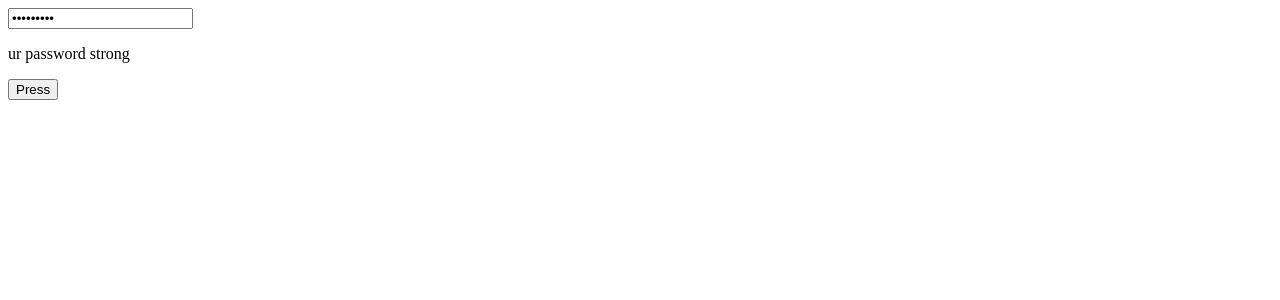
Repository: qtqqrdy13/password-checker
Page: index.html
The author's editor kept a copy of each file at every save. The page is drawn from the files as they stood at one save, then again after the next save.
The browser window is 1280 px wide. The pictures show the whole page.
Empty fields were first filled with sample values (such as "Sample", 5 or name@example.com).
After loading, the first visible `#inputPassword` was changed once.

Above is the page before, as saved 2025-01-02 19:35:46.

### index.html
<!DOCTYPE html>
<html lang="en">
<head>
    <meta charset="UTF-8">
    <meta name="viewport" content="width=device-width, initial-scale=1.0">
    <title>Document</title>
    <link rel="stylesheet" href="style.css">
</head>
<body>
    <input type="password" placeholder="write ur password" id="inputPassword">
    <p id="checkPass"></p>
    <button type="submit" >Press</button>
    <script src="script.js"></script>
</body>
</html>

### script.js
// const input = document.getElementById("inputPassword");

// if (input.length < 6) {
//     alert("Ur password to short,try again!");
// }
// const passValid = /^[a-zA-Z0-9-_+/]{6-12}/
// const result = input.match(passValid);
// console.log(result);
// function btn(){

// }

const input = document.getElementById("inputPassword");
const easyHardPass = document.getElementById("checkPass");

input.oninput = () => {
    const checker = input.value;
    if (input.length <= 6) {
        easyHardPass.textContent = "Ur password to short,try again!";
    }
    else if (checker.match(/^[a-zA-Z0-9!@#$%^&*]{6,16}$/)) {
        easyHardPass.textContent = "ur password strong"
    }
    else {
        easyHardPass.textContent = "its okay,but you can better";
    }
}

Loaded but not shown: style.css (no stored copy; drawn as an empty file)

After the next save:
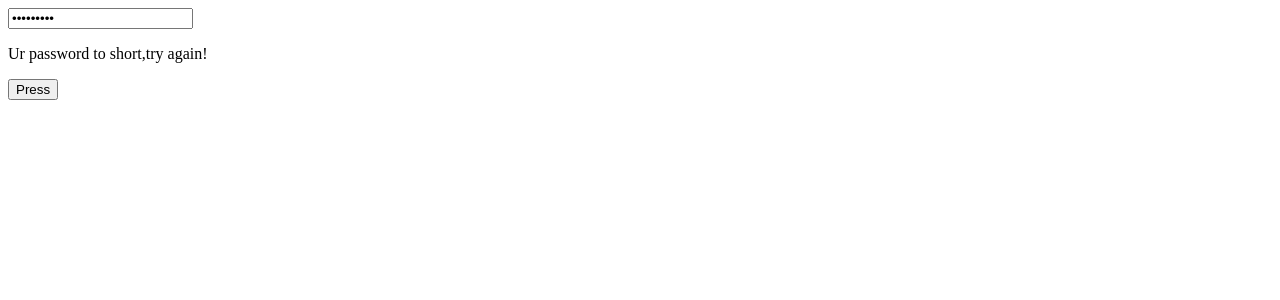
Saved 58 s later.
--- a/script.js
+++ b/script.js
@@ -15,7 +15,7 @@
 
 input.oninput = () => {
     const checker = input.value;
-    if (input.length <= 6) {
+    if (input.length = 6) {
         easyHardPass.textContent = "Ur password to short,try again!";
     }
     else if (checker.match(/^[a-zA-Z0-9!@#$%^&*]{6,16}$/)) {

After the save that followed:
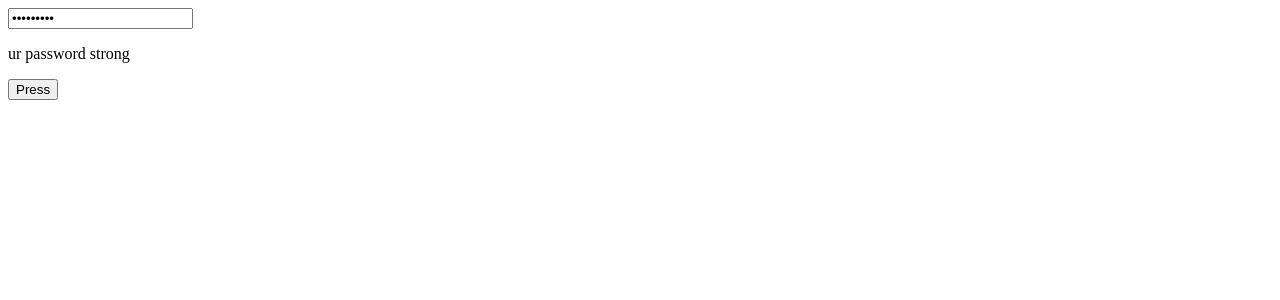
Saved 13 s later.
--- a/script.js
+++ b/script.js
@@ -15,7 +15,7 @@
 
 input.oninput = () => {
     const checker = input.value;
-    if (input.length = 6) {
+    if (input.length < 6) {
         easyHardPass.textContent = "Ur password to short,try again!";
     }
     else if (checker.match(/^[a-zA-Z0-9!@#$%^&*]{6,16}$/)) {
